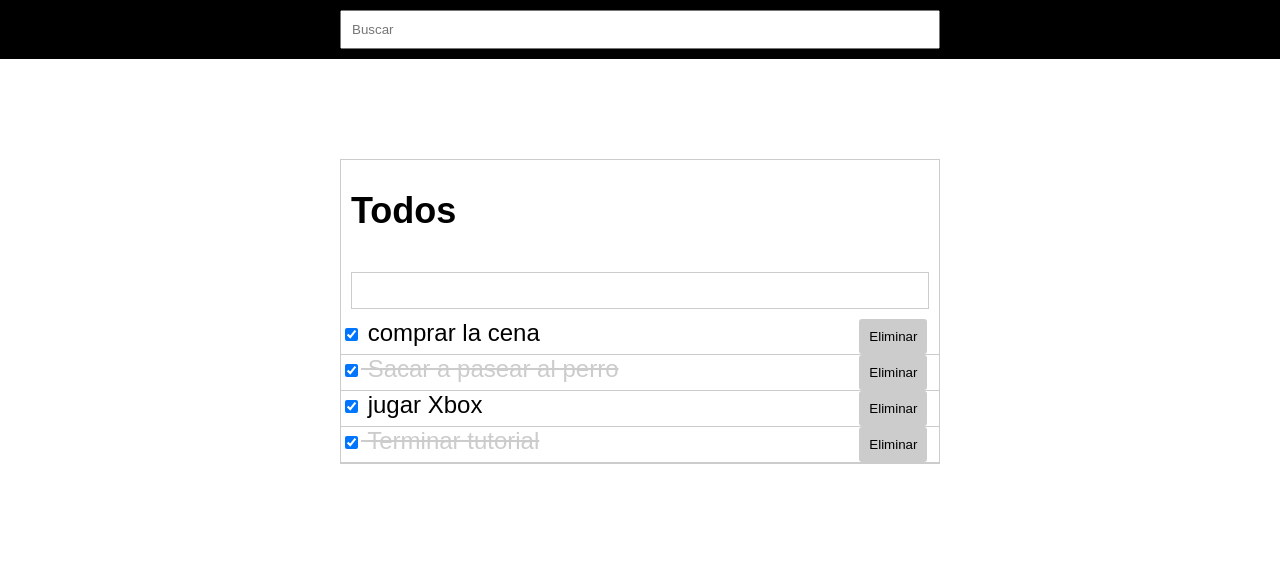
Repository: MauriVaz/Primer-app-con-Vue
Page: /
An editor plug-in stored every save of this project. The page is shown before and after the next save, followed by the edit.
The browser window is 1280 px wide. The pictures show the whole page.
The project was rebuilt for these pictures with package versions that can differ from the ones it lists, and the page was loaded fresh each time. Also part of the build but not shown: vue.config.js.

Above is the page before, as saved 2022-12-14 17:42:36.

After the next save:
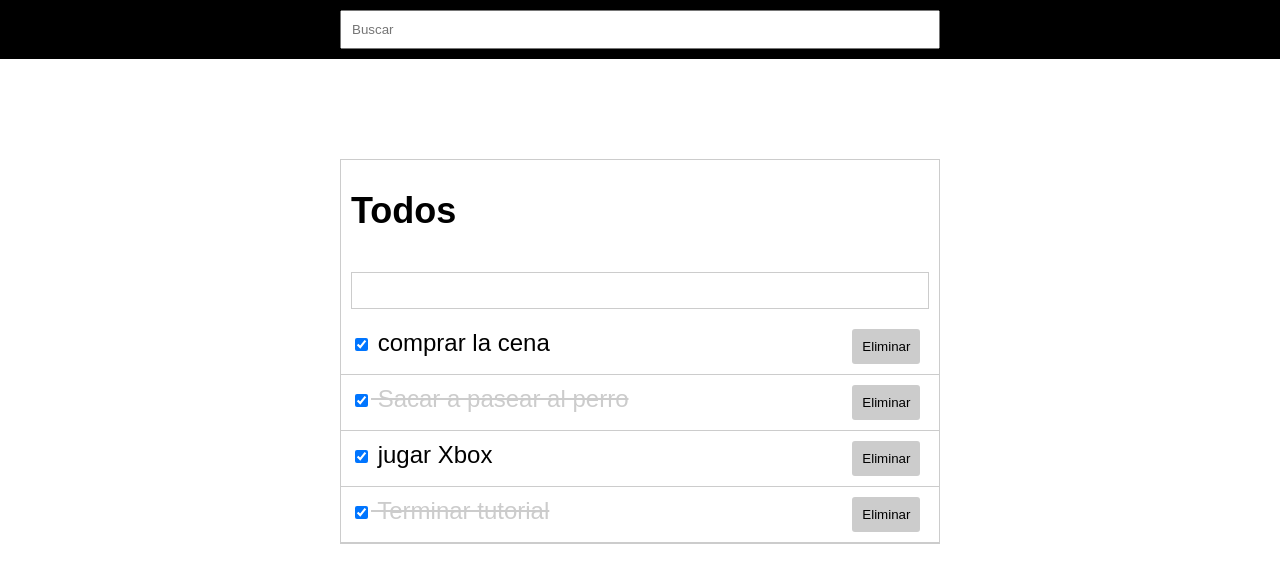
Saved 15 s later.
--- a/src/components/TodoItem.vue
+++ b/src/components/TodoItem.vue
@@ -1,33 +1,34 @@
 <template>
-    <div class="todo" v-bind:class="{completed:todo.completed}" >
-        <div v-bind:class="{completed:todo.completed}" class="todo-body">
+    <div class="todo" v-bind:class="{completed: todo.completed}">
+        <div class="todo-body" >
             <input type="checkbox"
-            v-bind:checked="todo.completed ? 'checked' : ''"
-            v-on:change="checkTodo" />
+                v-bind:checked="todo.completed ? 'checked': ''"
+                v-on:change="checkTodo">
             {{todo.title}}
         </div>
+
         <div class="todo-actions">
-            <button @click="$emit('delete-todo',todo.id)" >Eliminar</button>
+            <button @click="$emit('delete-todo', todo.id)">Eliminar</button>
         </div>
     </div>
 </template>
 
 <script>
     export default {
-        name:"TodoItem",
-        props:['todo'],
+        name: 'TodoItem',
+        props: ['todo'],
         methods: {
             checkTodo(){
-                // eslint-disable-next-line vue/no-mutating-props
-                this.todo.completed = !this.todo.completed
+                this.todo.completed = !this.todo.completed;
+            }
         }
     }
-}
 </script>
 
 <style scoped>
     .todo{
-        border-bottom:solid 1px #ccc
+        border-bottom: solid 1px #ccc;
+        padding: 10px;
     }
 
     .todo:not(.completed):hover{
@@ -35,10 +36,9 @@
     }
 
     .completed{
-        color:#ccc;
+        color: #ccc;
         text-decoration: line-through;
     }
-
     .completed .todo-body{
         text-decoration: line-through;
     }
@@ -51,7 +51,6 @@
     .todo-body{
         width: 85%;
     }
-
     .todo-actions{
         padding: 0 10px;
         width: 10%;
@@ -62,13 +61,10 @@
         border-radius: 3px;
         padding: 10px;
         background-color: #ccc;
-        color:black
+        color: black;
     }
-
     button:hover{
         background-color: #da2020;
-        color:white
+        color: white;
     }
-
-
 </style>
